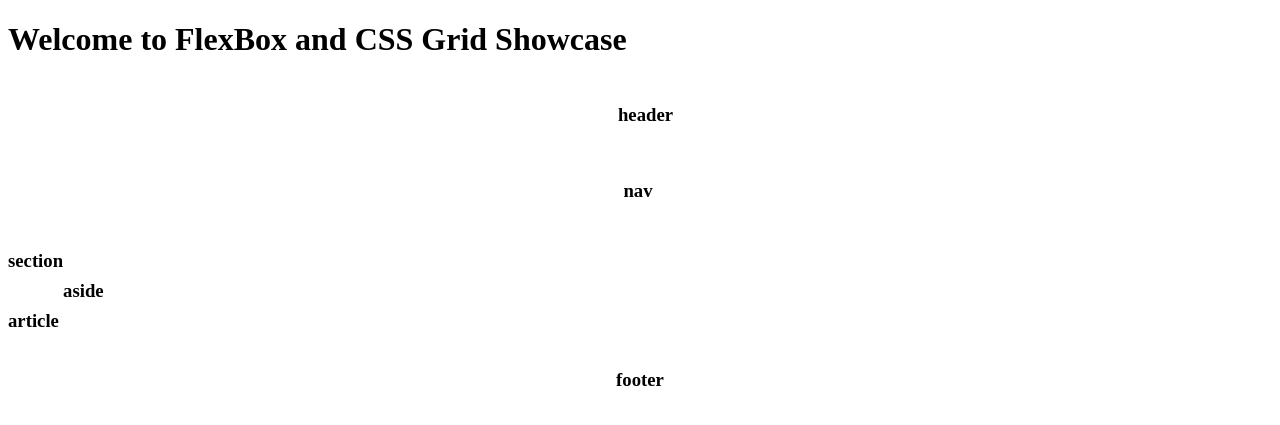
Repository: Awhit-commits/CSS_GRID_AND_FLEXBOX_LESSON
Page: index.html
An editor plug-in stored every save of this project. The page is shown before and after a run of saves, followed by the edit.
The browser window is 1280 px wide. The pictures show the whole page.

Above is the page before, as saved 2020-12-21 18:06:04.

After the next 3 saves:
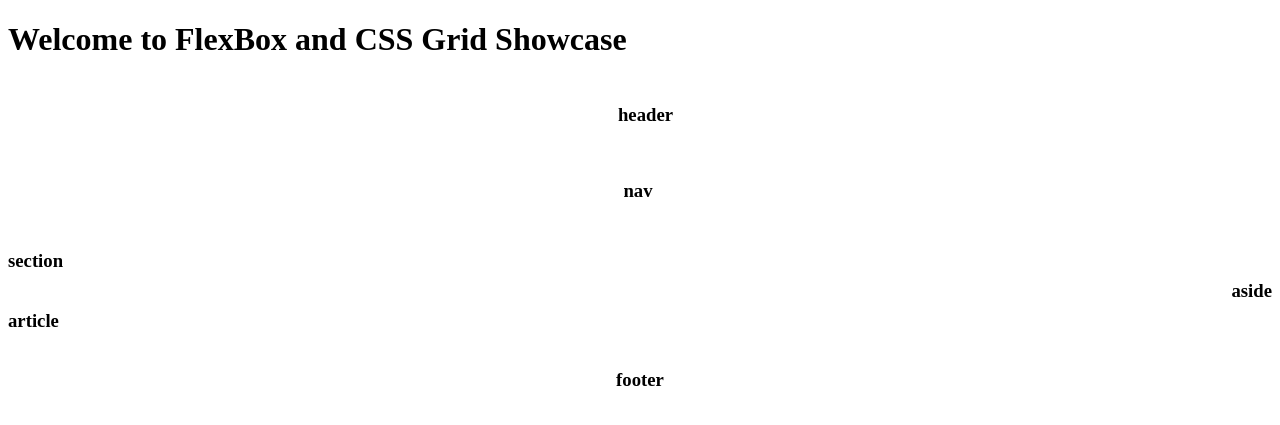
The 3 saves are shown as one change because they came seconds apart.
The last was saved 11 s later.
--- a/style.css
+++ b/style.css
@@ -25,6 +25,7 @@
 .mainArea{
     display: flex;
     flex-direction: column;
+    width:100%
 }
 .header{
     flex: 1 1 auto;

After the 6 saves that followed:
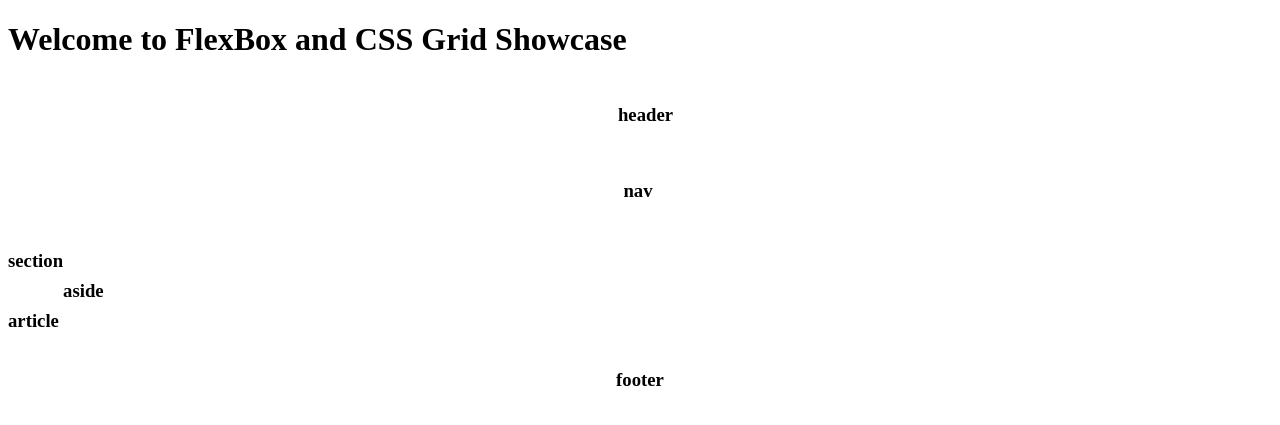
The 6 saves are shown as one change because 2 left the picture as it was and some came seconds apart.
The last was saved 2 min 35 s later.
--- a/style.css
+++ b/style.css
@@ -12,7 +12,7 @@
     display: flex;
     flex-direction:row;
     flex-grow: 1;
-    width: 100%;
+    /* width: 100%; */
 
 }
 .headerArea{
@@ -26,9 +26,10 @@
     display: flex;
     flex-direction: column;
     width:100%
+    align-items: center;
 }
 .header{
-    flex: 1 1 auto;
+    /* flex: 1 1 auto; */
     padding: 10%;
 }
 
